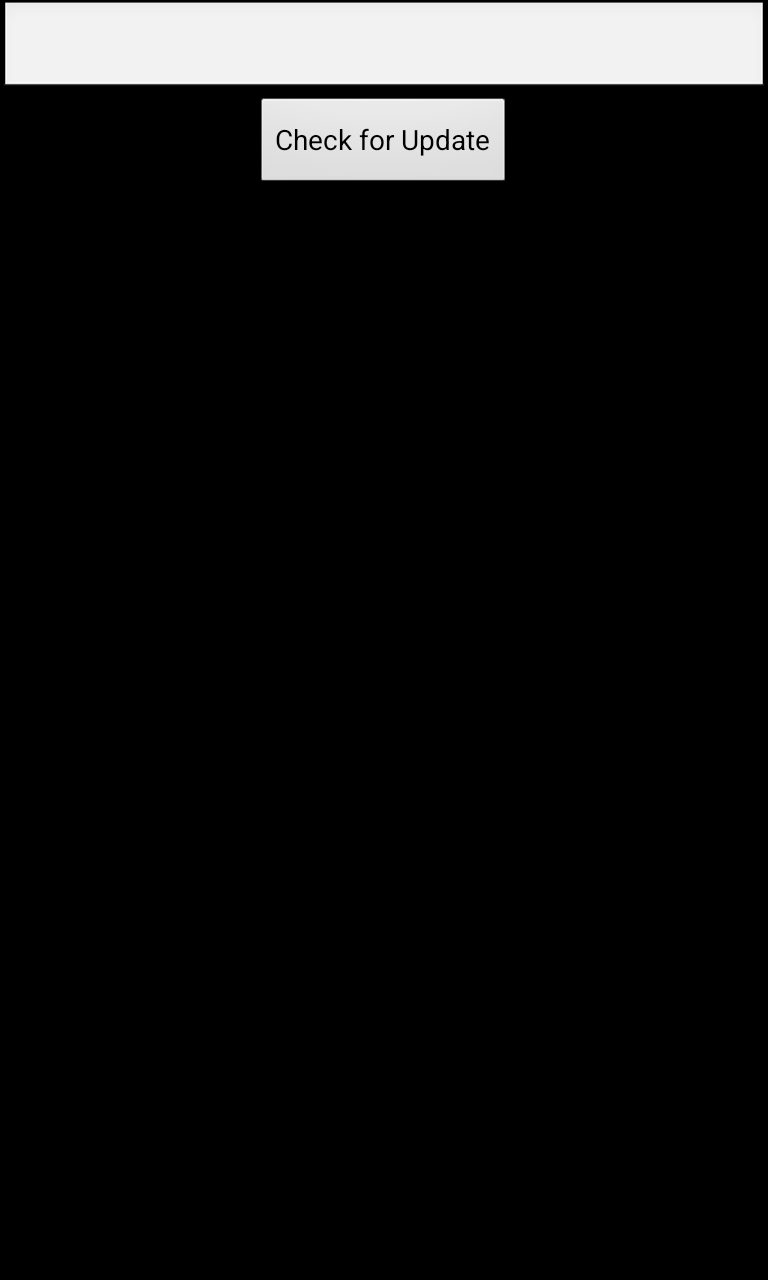
Repository: JerryScript-duplicate/BacksideUpdater
Layout: BacksideUpdater/res/layout/main.xml
These files come from the project's save history. The layout is drawn as it stood at one moment and after the next save; the edit follows.
It is drawn on a 768 x 1280 px phone screen (xhdpi) without system bars, with theme android:Theme; the app's code is not run.

Above is the layout before, as saved 2012-01-18 19:41:06.

After the next save:
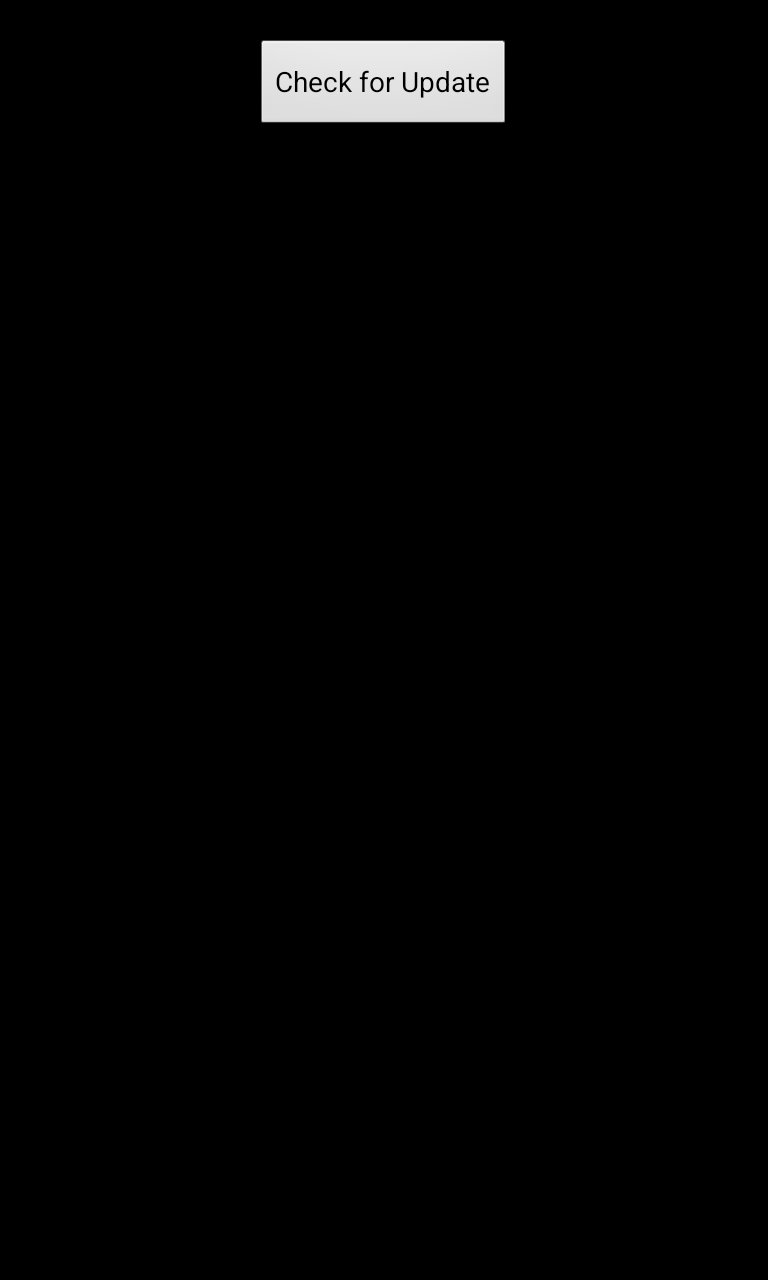
Saved 12 min 50 s later.
--- a/BacksideUpdater/res/layout/main.xml
+++ b/BacksideUpdater/res/layout/main.xml
@@ -10,11 +10,11 @@
         android:layout_height="wrap_content" >
     </LinearLayout>
 
-    <EditText
+    <TextView
         android:id="@+id/bannerTitle"
         android:layout_width="fill_parent"
         android:layout_height="wrap_content" >
-    </EditText>
+    </TextView>
 
     <Button
         android:id="@+id/BacksideUpdaterButton"
